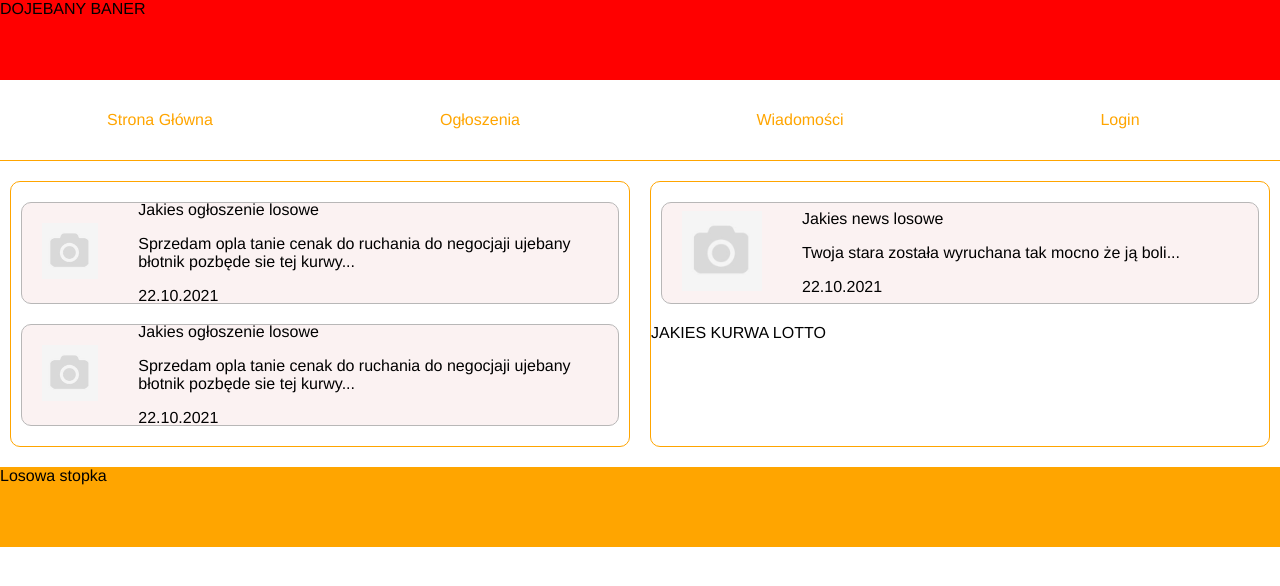
Repository: PatrykStawik/projectppz
Page: /
These files come from the project's save history. The page is drawn as it stood at one moment and after the next save; the edit follows.
The browser window is 1280 px wide. The pictures show the whole page.
The project was rebuilt for these pictures with package versions that can differ from the ones it lists, and the page was loaded fresh each time. The framework's server and built-in components were replaced by stand-ins that run in the browser.

Above is the page before, as saved 2021-05-22 14:08:36.

### pages/_app.tsx
import React from 'react';
import type { AppProps } from 'next/app';
import { GlobalStyle } from '../styles/globalStyles';
import { Header } from '../components/Header';
import { Footer } from '../components/Footer'

function MyApp({ Component, pageProps }: AppProps) {
  return (
    <>
      <GlobalStyle />
      <Header/>
        <Component {...pageProps} />
      <Footer/>
    </>
  );
}

// eslint-disable-next-line import/no-default-export
export default MyApp;

### pages/_document.tsx
import React from 'react';
import Document, { DocumentContext, DocumentInitialProps } from 'next/document';
import { ServerStyleSheet } from 'styled-components';

class MyDocument extends Document {
  static async getInitialProps(ctx: DocumentContext): Promise<DocumentInitialProps> {
    const sheet = new ServerStyleSheet();
    const originalRenderPage = ctx.renderPage;

    try {
      ctx.renderPage = () =>
        originalRenderPage({
          enhanceApp: App => props => sheet.collectStyles(<App {...props} />),
        });

      const initialProps = await Document.getInitialProps(ctx);
      return {
        ...initialProps,
        styles: (
          <>
            {initialProps.styles}
            {sheet.getStyleElement()}
          </>
        ),
      };
    } finally {
      sheet.seal();
    }
  }
}

// eslint-disable-next-line import/no-default-export
export default MyDocument;

### pages/index.tsx
import React from 'react';
import { IndexPage } from '../components/IndexPage';

const index = () => <IndexPage />;

// eslint-disable-next-line import/no-default-export
export default index;

### styles/globalStyles.ts
import { createGlobalStyle } from 'styled-components';

export const GlobalStyle = createGlobalStyle`
  body {
    margin: 0;
    padding: 0;
    font-family: Open-Sans, Helvetica, Sans-Serif;
  }
`;

### components/IndexPage/index.tsx
export { IndexPage } from './IndexPage';

### components/Header/Header.tsx
import React from 'react';
import styled from 'styled-components';
import { colors } from '../../styles/colors';
import { centerText, setFlex } from '../../styles/functions';
import { NextLink } from '../common/NextLink';

const Wrapper = styled.header`
  .baner {
    height: 80px;
    background-color: ${colors.red};
  }
  .menu {
    ${setFlex('column')}
    height: 80px;
    border-bottom: 1px solid ${colors.orange};
    .menuItem {
      flex: 1;
      height: 100%;
      ${centerText(80)};
      background-color: ${colors.white};
      color: ${colors.orange};
      cursor: pointer;
      transition: .5s all;
      &:hover{
        font-weight: bold;
      }
    }
  }
`;

const data = [
  { title: 'Strona Główna', href: '/' },
  { title: 'Ogłoszenia', href: '/ogloszenia' },
  { title: 'Wiadomości', href: '/wiadomosci' },
  { title: 'Login', href: '/login' },
];

export const Header = () => {
  return (
    <Wrapper>
      <div className="baner">DOJEBANY BANER</div>
      <div className="menu">
        {data.map(({ title, href }) => (
          <NextLink href={href} key={title}>
            <div className="menuItem">{title}</div>
          </NextLink>
        ))}
      </div>
    </Wrapper>
  );
};

### components/Footer/Footer.tsx
import React from 'react';
import styled from 'styled-components';
import { colors } from '../../styles/colors';

const Wrapper = styled.footer`
    height: 80px;
    background-color: ${colors.orange};
`;

export const Footer = () => {
  return (
    <Wrapper>
      Losowa stopka
    </Wrapper>
  );
};

### components/IndexPage/IndexPage.tsx
import React from 'react';
import styled from 'styled-components';
import { Bar } from '../common/Bar';
import { setFlex } from '../../styles/functions';
import { colors } from '../../styles/colors';

const Wrapper = styled.div`
  ${setFlex()};
  .advertisement {
  }
  .container {
    flex: 1;
    border: 1px solid ${colors.orange};
    border-radius: 10px;
    margin: 20px 10px;
  }
`;

export const IndexPage = () => {
  return (
    <Wrapper>
      <div className="advertisement container">
        <Bar
          title="Jakies ogłoszenie losowe"
          content="Sprzedam opla tanie cenak do ruchania do negocjaji ujebany błotnik pozbęde sie tej kurwy"
          date="22.10.2021"
        />
        <Bar
          title="Jakies ogłoszenie losowe"
          content="Sprzedam opla tanie cenak do ruchania do negocjaji ujebany błotnik pozbęde sie tej kurwy"
          date="22.10.2021"
        />
      </div>
      <div className="container">
        <div className="news">
          <Bar
            title="Jakies news losowe"
            content="Twoja stara została wyruchana tak mocno że ją boli"
            date="22.10.2021"
          />
        </div>
        <div className="lotto">JAKIES KURWA LOTTO</div>
      </div>
    </Wrapper>
  );
};

### styles/colors.ts
export const colors = {
  white: "white",
  black: "black",
  red: "red",
  orange: "orange",
  gray: "#b8b7b7",
  pink: "rgba(166,2,2,.05)"
}

### styles/functions.ts
export const centerText = (height: number) => {
  return `text-align: center;
  line-height: ${height}px`
}

export const setFlex = (type: "row" | "column" = "row") => {
  return `display: flex; flex-direction: ${type}`
}

### components/common/NextLink/index.tsx
export { NextLink } from './NextLink';

### components/common/Bar/index.tsx
export { Bar } from './Bar';

### components/common/NextLink/NextLink.tsx
import React from 'react';
import Link from 'next/link';
import styled from 'styled-components';
import { colors } from '../../../styles/colors';

const StyledLink = styled.a`
  color: ${colors.black};
  text-decoration: none;
  width: 100%;
`;

interface Props {
  href: string;
}

export const NextLink: React.FC<Props> = ({ children, href }) => {
  return (
    <Link href={href}>
      <StyledLink>{children}</StyledLink>
    </Link>
  );
};

### components/common/Bar/Bar.tsx
import React from 'react';
import Image from 'next/image';
import styled from 'styled-components';
import { setFlex } from '../../../styles/functions';
import { colors } from '../../../styles/colors';

interface Props {
  title: string;
  content: string;
  date: string;
}

const Wrapper = styled.div`
  height: 100px;
  border: 1px solid ${colors.gray};
  border-radius: 10px;
  margin: 20px 10px;
  background-color: ${colors.pink};
  ${setFlex()};
  align-items: center;
  .img{
    margin-left: 20px;
  }
  .body{
    margin-left: 20px;
    padding: 20px;
  }
`;

const picture = { src: '/default.jpg', alt: 'picture', width: 80, height: 80 };

export const Bar = ({ title, content, date }: Props) => {
  return (
    <Wrapper>
      <div className="img"><Image {...picture} /></div>
      <div className="body">
        <p>{title}</p>
        <p>{content.slice(0, 100)}...</p>
        <p>{date}</p>
      </div>
    </Wrapper>
  );
};

Loaded but not shown: components/Header/index.tsx (common file); components/Footer/index.tsx (common file)

After the next save:
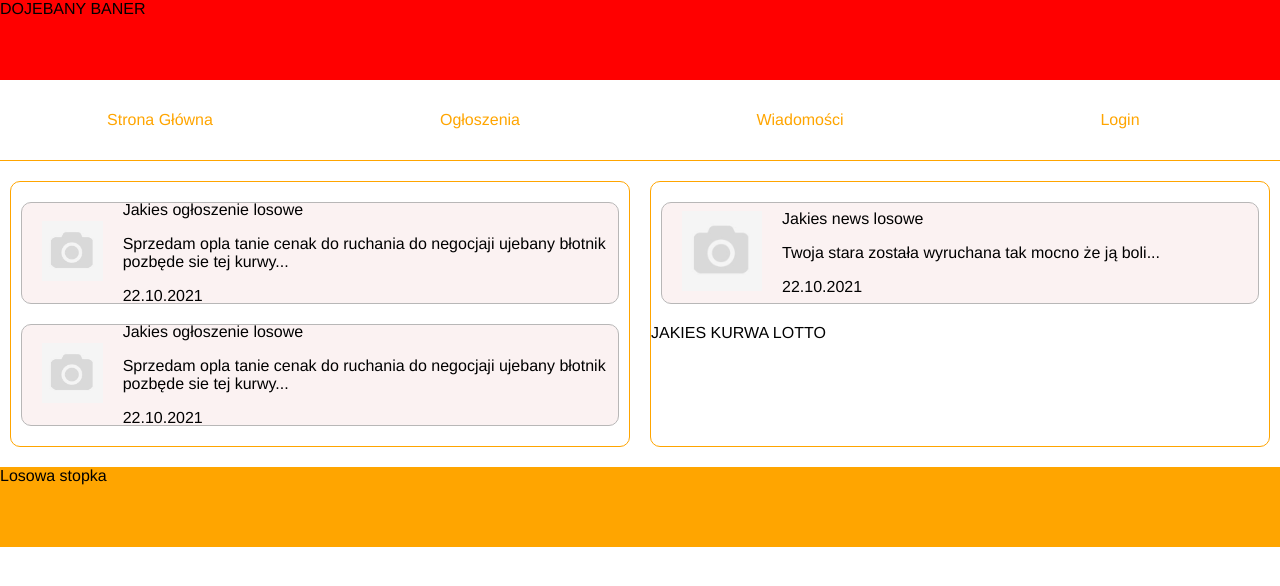
Saved 7 s later.
--- a/components/common/Bar/Bar.tsx
+++ b/components/common/Bar/Bar.tsx
@@ -23,7 +23,7 @@ const Wrapper = styled.div`
   }
   .body{
     margin-left: 20px;
-    padding: 20px;
+    padding: -5px;
   }
 `;
 
